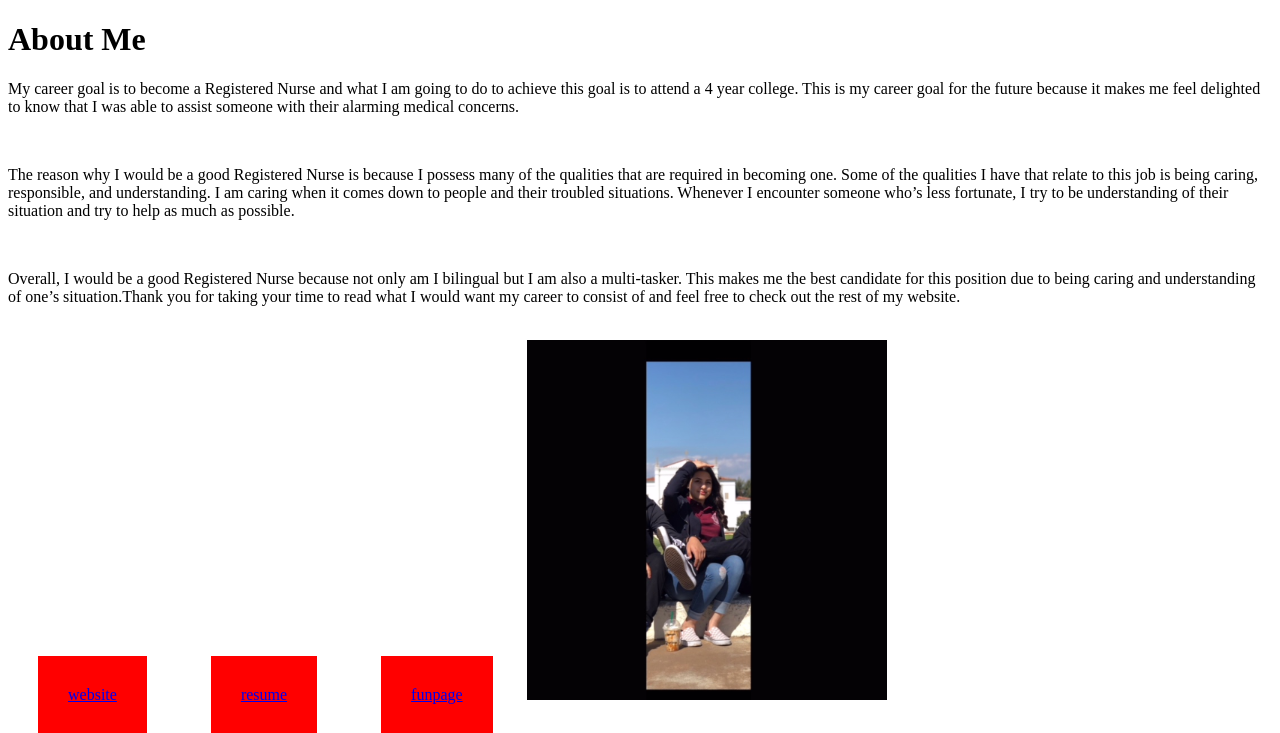
Repository: kasandrab/kasandrab.github.io
Page: aboutme.html
The author's editor kept a record of every edit. The page is drawn from the files as they stood at one moment, then again after the next edit.
The browser window is 1280 px wide. The pictures show the whole page.

Above is the page before.

### aboutme.html
<!DOCTYPE html>
<html>
<head>
  <title>About Me</title>
  <meta charset="utf-8"/>
  <link rel="stylesheet" type="text/css" href="style.css">
</head>
<h1>About Me</h1>

<body>
<p>My career goal is to become a Registered Nurse and what I am going to do to achieve this goal is to attend a 4 year college. This is my career goal for the future because it makes me feel delighted to know that I was able to assist someone with their alarming medical concerns.</p><br>


<p>The reason why I would be a good Registered Nurse is because I possess many of the qualities that are required in becoming one. Some of the qualities I have that relate to this job is being caring, responsible, and understanding. I am caring when it comes down to people and their troubled situations. Whenever I encounter someone who’s less fortunate, I try to be understanding of their situation and try to help as much as possible.</p><br>


<p>Overall, I would be a good Registered Nurse because not only am I bilingual but I am also a multi-tasker. This makes me the best candidate for this position due to being caring and understanding of one’s situation.Thank you for taking your time to read what I would want my career to consist of and feel free to check out the rest of my website.</p><br>



    <a href="website.html"> website</a>
    <a href="resume.html">resume</a>
    <a href="funpage.html">funpage</a>


     <img src="image.JPG"

   </html>

### style.css

a {
    padding:30px;
    margin:30px;
    background-color: red;
}

After the next edit:
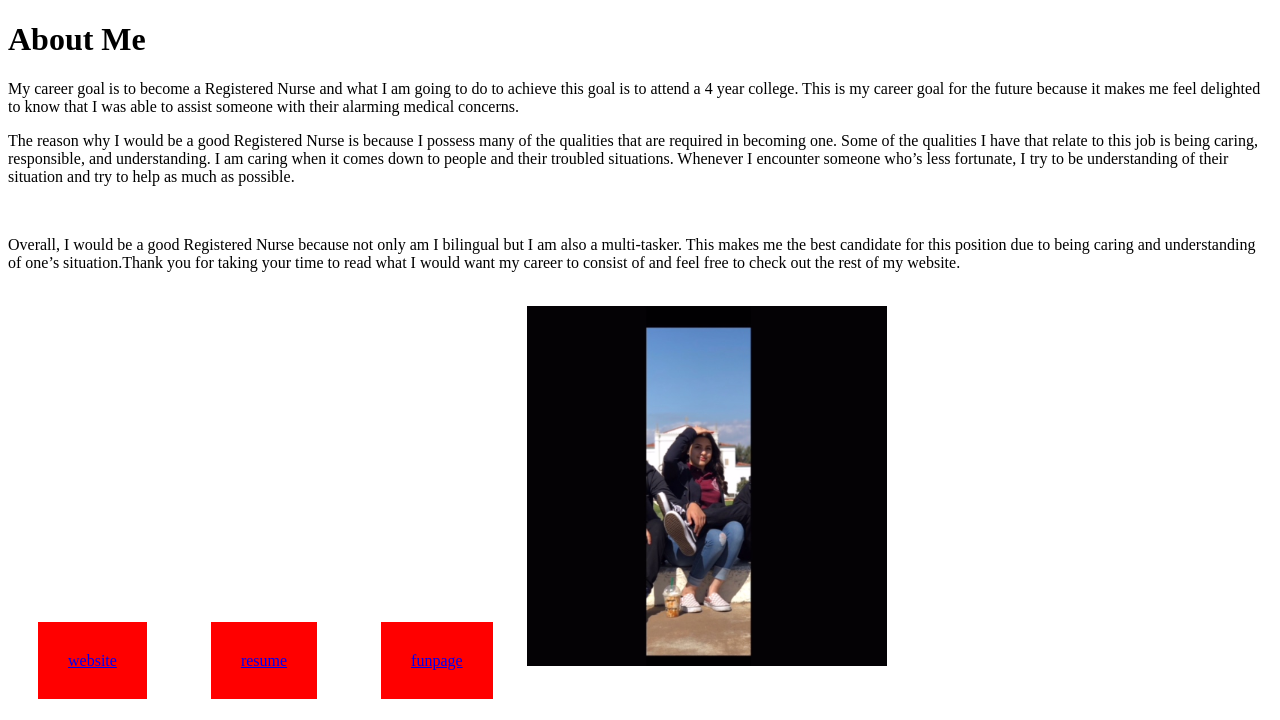
The edit:
--- a/aboutme.html
+++ b/aboutme.html
@@ -8,7 +8,7 @@
 <h1>About Me</h1>
 
 <body>
-<p>My career goal is to become a Registered Nurse and what I am going to do to achieve this goal is to attend a 4 year college. This is my career goal for the future because it makes me feel delighted to know that I was able to assist someone with their alarming medical concerns.</p><br>
+<p>My career goal is to become a Registered Nurse and what I am going to do to achieve this goal is to attend a 4 year college. This is my career goal for the future because it makes me feel delighted to know that I was able to assist someone with their alarming medical concerns.<br >
 
 
 <p>The reason why I would be a good Registered Nurse is because I possess many of the qualities that are required in becoming one. Some of the qualities I have that relate to this job is being caring, responsible, and understanding. I am caring when it comes down to people and their troubled situations. Whenever I encounter someone who’s less fortunate, I try to be understanding of their situation and try to help as much as possible.</p><br>
